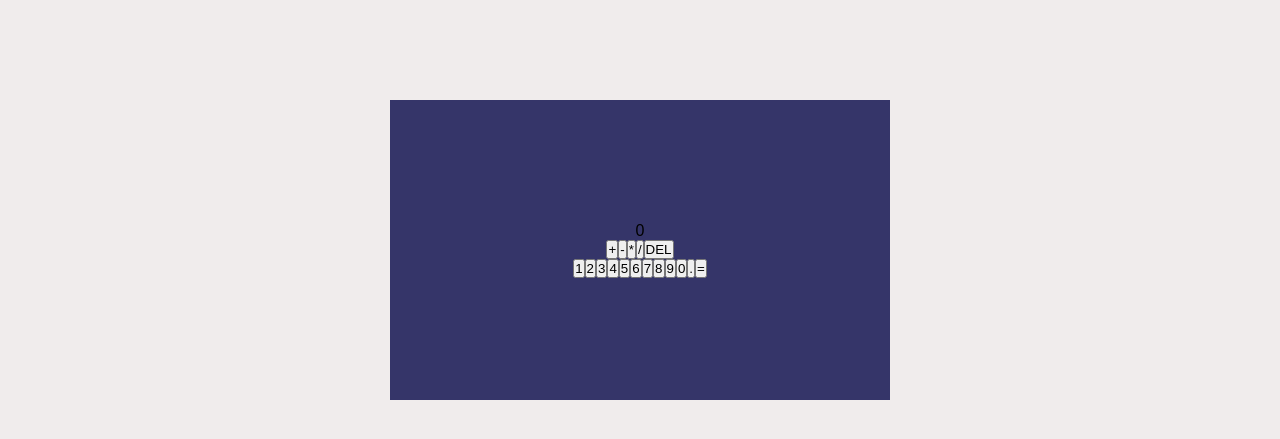
Repository: Bishek666/simple-calculator
Page: /
The author's editor kept a copy of each file at every save. The page is drawn from the files as they stood at one save, then again after the next save.
The browser window is 1280 px wide. The pictures show the whole page.
The project was rebuilt for these pictures with package versions that can differ from the ones it lists, and the page was loaded fresh each time.

Above is the page before, as saved 2021-10-20 17:40:54.

### src/index.css
:root {
    --primary: #030546c9;
    --secondary: #797dffc9;
    --dark: #0908088a;
    --light: rgb(240, 236, 236);
}

* {
    margin: 0;
    padding: 0;
    box-sizing: border-box;
    font-family: sans-serif;
}

body {
    background-color: var(--light);
}

.container-calculator {
    display: flex;
    flex-direction: column;
    align-items: center;
    justify-content: center;
    background-color: var(--primary);
    height: 300px;
    width: 500px;
    margin: 100px auto;
}

### src/App.js
function App() {
    const addDigits = () => {
        const digits = [];

        for (let i = 1; i < 10; i++) {
            digits.push(<button key={i}>{i}</button>);
        }

        return digits;
    };
    return (
        <div className='container-calculator'>
            <div className='display-calculation'>0</div>
            <div className='operators'>
                <button>+</button>
                <button>-</button>
                <button>*</button>
                <button>/</button>
                <button>DEL</button>
            </div>
            <div className='digits'>
                {addDigits()}
                <button>0</button>
                <button>.</button>
                <button>=</button>
            </div>
        </div>
    );
}

export default App;

Loaded but not shown: public/index.html (common file); src/index.js (common file)

After the next save:
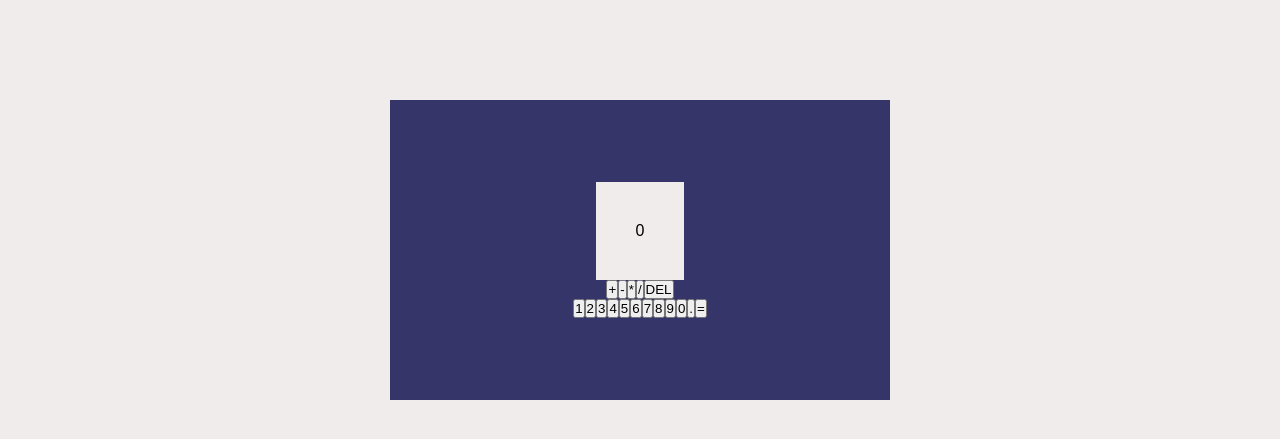
Saved 30 s later.
--- a/src/index.css
+++ b/src/index.css
@@ -26,3 +26,8 @@ body {
     width: 500px;
     margin: 100px auto;
 }
+
+.display-calculation {
+    padding: 40px;
+    background-color: var(--light);
+}
